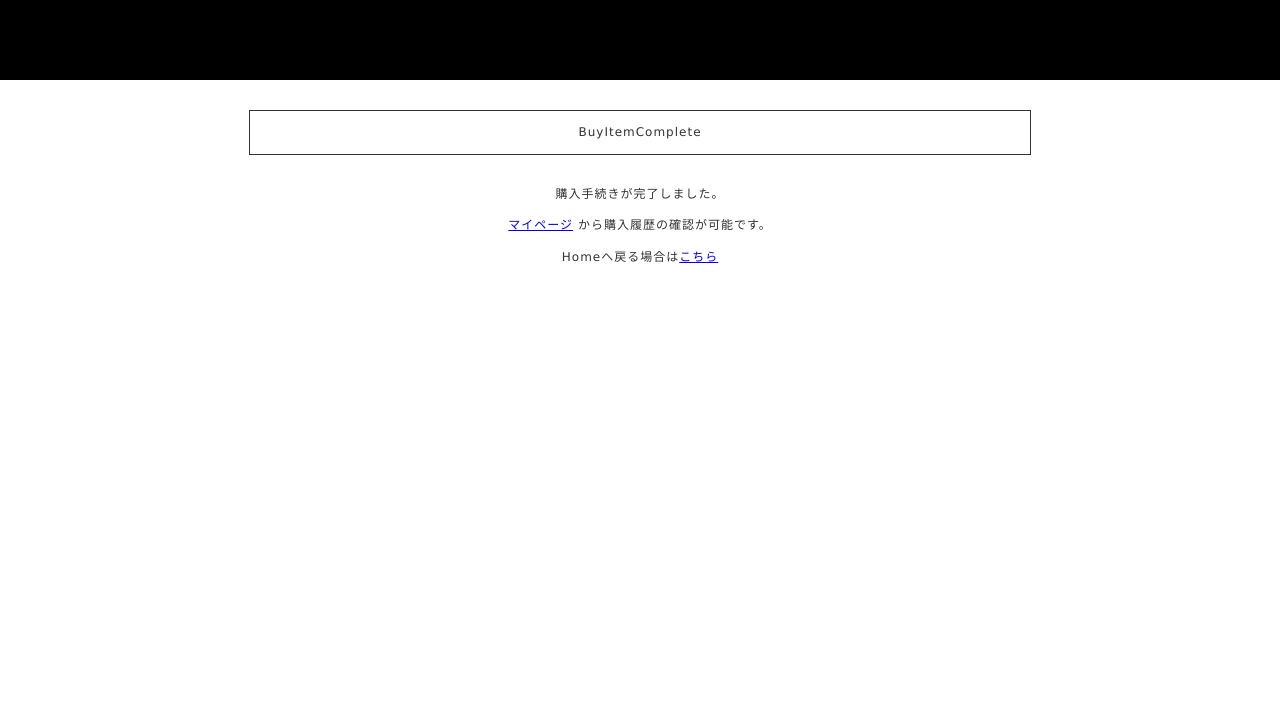
Repository: MurayamaMura/ecsite
Page: http://localhost/ecsite/buyItemComplete.jsp
The author's editor kept a copy of each file at every save. The page is drawn from the files as they stood at one save, then again after the next save.
The browser window is 1280 px wide. The pictures show the whole page.
The page is served by Tomcat 9. Other server files are loaded and not shown.

Above is the page before, as saved 2018-07-20 05:11:03.

### ecsite/WebContent/buyItemComplete.jsp
<%@ page language="java" contentType="text/html; charset=UTF-8"
pageEncoding="UTF-8"%>
<%@ taglib prefix="s" uri="/struts-tags"%>
<!DOCTYPE html>
<html>
<head>
<meta http-equiv="Content-Type" content="text/html; charset=utf-8" />
<meta http-equiv="Content-Style-Type" content="text/css" />
<meta http-equiv="Content-Script-Type" content="text/javascript" />
<meta http-equiv="imagetoolbar" content="no" />
<meta name="description" content="" />
<meta name="keywords" content="" />
<title>BuyItemComplete画面</title>
<style type="text/css">
/* ========TAG LAYOUT======== */
body {
margin:0;
padding:0;
line-height:1.6;
letter-spacing:1px;
font-family:Verdana, Helvetica, sans-serif;
font-size:12px;
color:#333;
background:#fff;
}
table {
text-align:center;
margin:0 auto;
}
/* ========ID LAYOUT======== */
#top {
width:780px;
margin:30px auto;
border:1px solid #333;
}
#header {
width: 100%;
height: 80px;
background-color: black;
}
#main {
width: 100%;
height: 500px;
text-align: center;
}
#footer {
width: 100%;
height: 80px;
background-color: black;
clear:both;
}
</style>
</head>

<body>
	<div id="header">
		<div id="pr"></div>
	</div>
	<div id="main">
		<div id="top">
			<p>BuyItemComplete</p>
		</div>
		<div>
			<p>購入手続きが完了しました。</p>
			<div>
				<a href='<s:url action="MyPageAction"/>'>マイページ</a>
				<span>から購入履歴の確認が可能です。</span>
				<p>Homeへ戻る場合は<a href='<s:url action="GoHomeAtrion"/>'>こちら</p>
			</div>
		</div>
	</div>
	<div if="footer">
		<div id="pr"></div>
	</div>
</body>
</html>

After the next save:
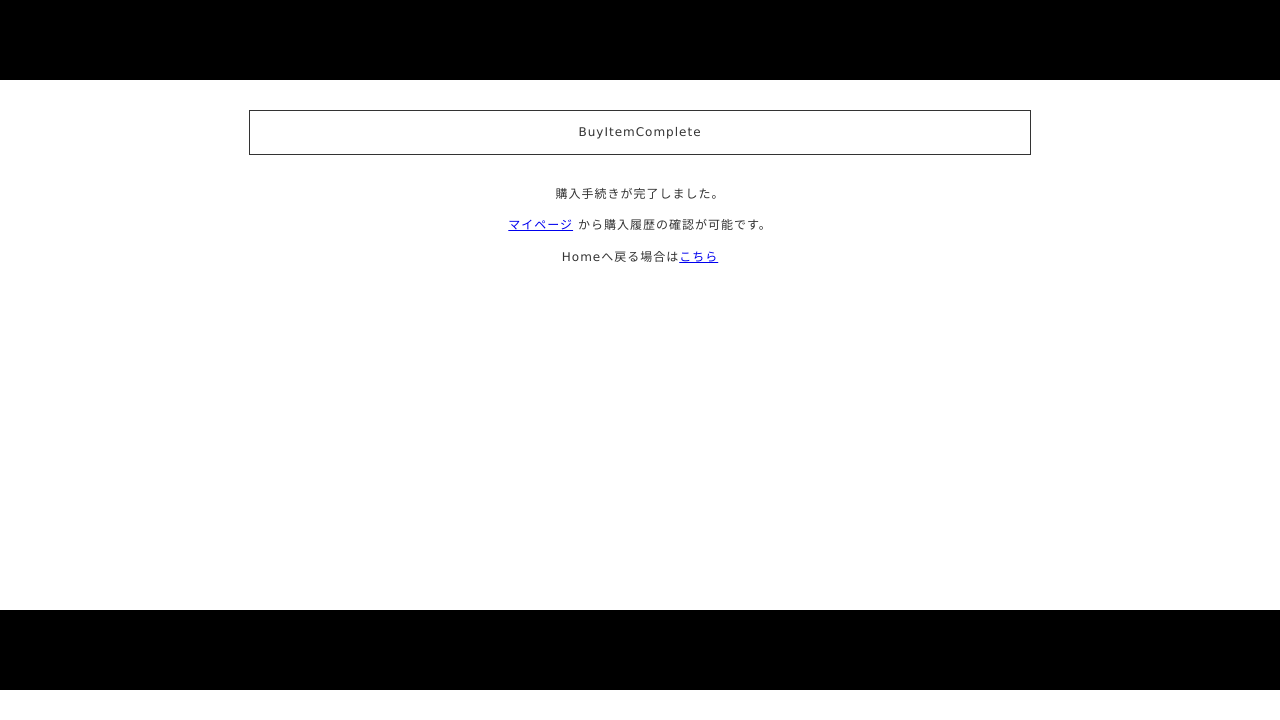
Saved 19 s later.
--- a/ecsite/WebContent/buyItemComplete.jsp
+++ b/ecsite/WebContent/buyItemComplete.jsp
@@ -69,7 +69,7 @@
 			</div>
 		</div>
 	</div>
-	<div if="footer">
+	<div id="footer">
 		<div id="pr"></div>
 	</div>
 </body>
